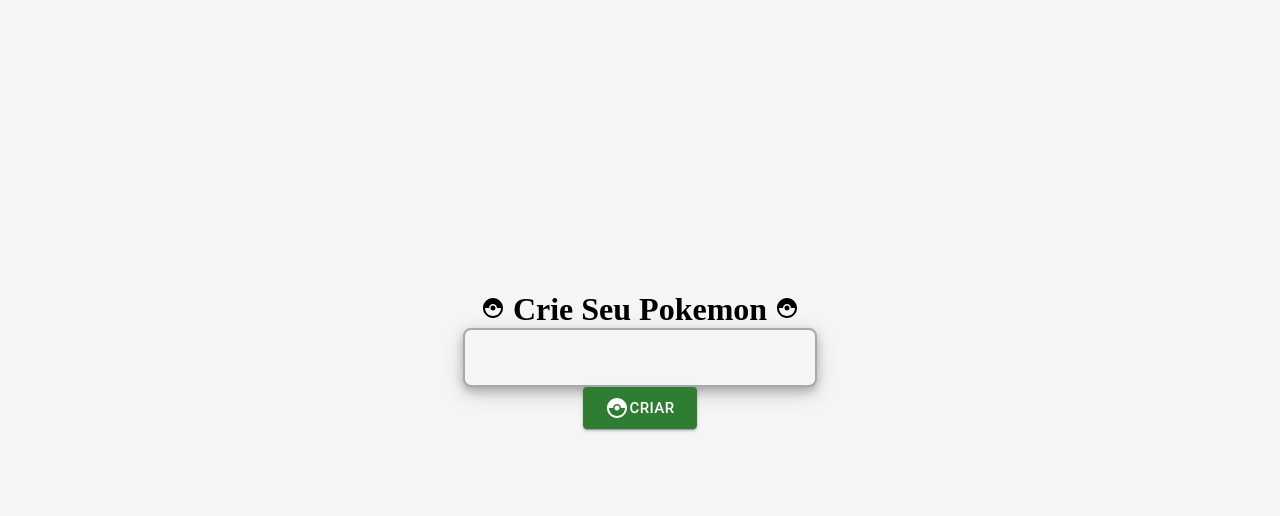
Repository: MilenaMartini/pokedex_react_js
Page: /pokedex/new
An editor plug-in stored every save of this project. The page is shown before and after the next save, followed by the edit.
The browser window is 1280 px wide. The pictures show the whole page.
The page's requests for data from a server got no answer. The project was rebuilt for these pictures with package versions that can differ from the ones it lists, and the page was loaded fresh each time. No one was signed in, and anything a server would have sent is missing. Also part of the build but not shown: src/pages/Login/Styles_Login.js, src/Components/Navbar/Navbar.jsx, src/Components/PokemonCard/Pk_Card.jsx, src/Components/Skeletons/Skeletons.jsx, src/pages/Pg_Pokedex/Pg_Poke.js, src/styles/styles.css, src/Components/Button/Styles_Btn_Login.js, src/Components/Button/Btn_Login.js and 1 more.

Above is the page before, as saved 2023-02-04 11:27:10.

After the next save:
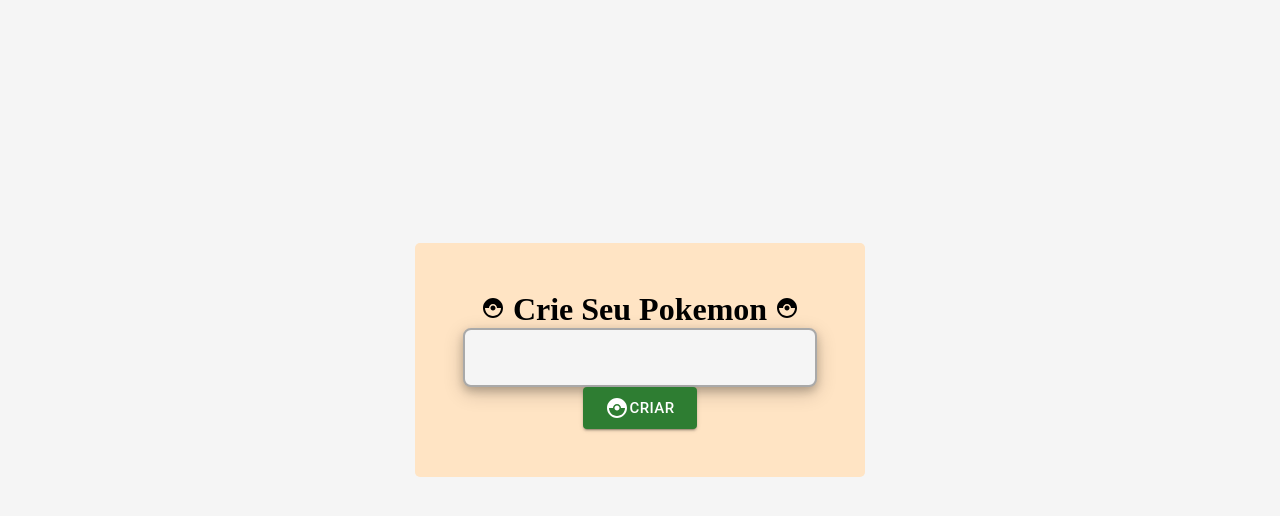
Saved 26 s later.
--- a/src/pages/edit_pk/Novo_PkStyles.js
+++ b/src/pages/edit_pk/Novo_PkStyles.js
@@ -16,7 +16,7 @@
   flex-direction: column;
   align-items: center;
   justify-content: center;
-  background-color: whitesmoke;
+  background-color: bisque;
   border-radius: 5px;
   width: 100%;
   max-width: 450px;
